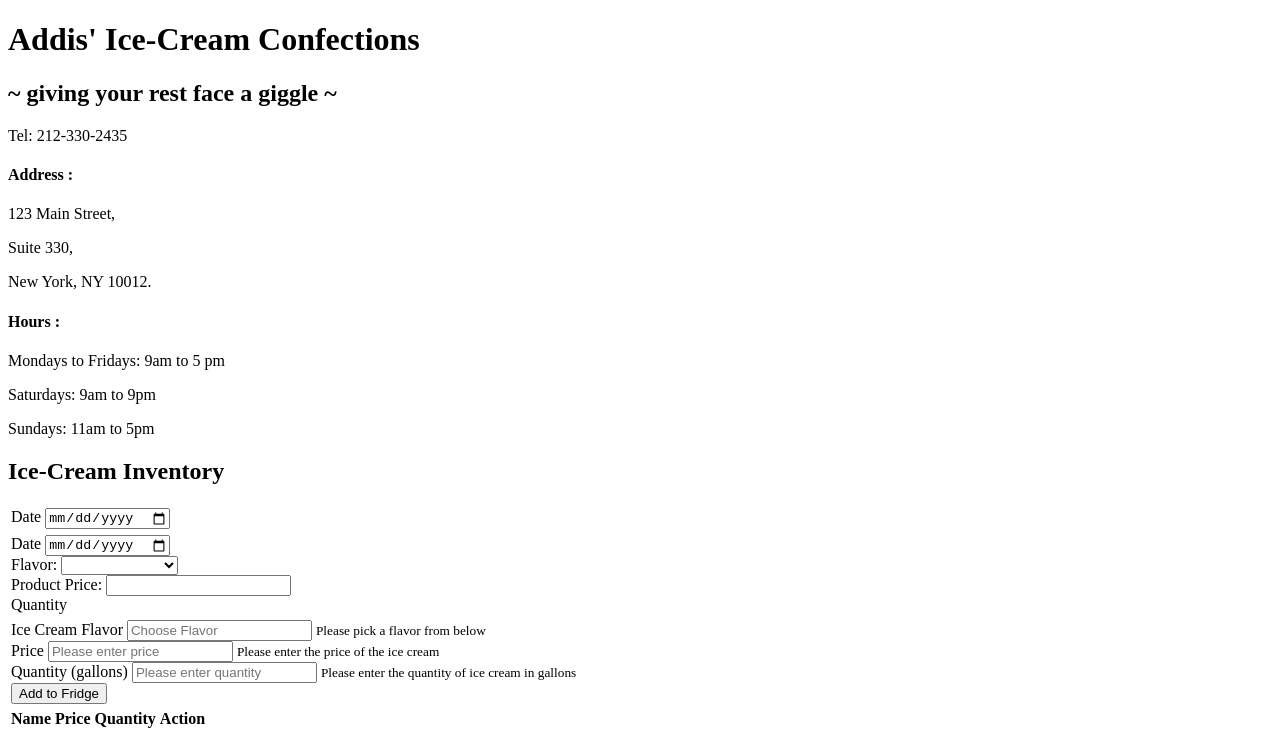
Repository: addisjackson/inventory-web-application
Page: index.html
An editor plug-in stored every save of this project. The page is shown before and after a run of saves, followed by the edit.
The browser window is 1280 px wide. The pictures show the whole page.

Above is the page before, as saved 2023-07-05 17:59:14.

### index.html
<!DOCTYPE html>
<html lang="en">
<head>
    <meta charset="UTF-8">
    <meta name="viewport" content="width=, initial-scale=1.0">
    <meta http-equiv="X-UA-Compatible" content="ie=edge">
    <title>Inventory Web Application</title>
    <link rel="stylesheet" href="style.css">
    <script>
        function toggleNewFlavorInput() {
            const flavorSelect = document.getElementById("flavor");
            const newFlavorInput = document.getElementById("newFlavorInput");
            if (flavorSelect.value === "newFlavor") {
                newFlavorInput.style.display = "block";
            } else {
                newFlavorInput.style.display = "none";
            }
        }
    </script>
</head>
    <body>
    <div class="storename">
        <div class="header">
            <h1>Addis' Ice-Cream Confections</h1>
        </div>
    </div>
        <div class="slogon">
            <h2>~ giving your rest face a giggle ~</h2>
        </div>
        <div class="tel">
            <p>Tel: 212-330-2435</p>
        </div>
        <div class="addresshours">
            <div class="address">
                <h4>Address :</h4>
                <p>123 Main Street,</p>
                <p>Suite 330,</p>
                <p>New York, NY 10012.</p>
            </div>
        <div class="addresshours">
            <div class="hours">
                <h4>Hours :</h4>
                <p>Mondays to Fridays: 9am to 5 pm</p>
                <p>Saturdays: 9am to 9pm</p>
                <p>Sundays: 11am to 5pm</p>
            </div>
        </div>
        <div class="title">
            <h2>Ice-Cream Inventory</h2>
        </div>
            </div>
        <table>
            <tr>
                <td>
                    <form autocomplete="off" onsubmit="onFormSubmit()">
                        <div class="datename">
                            <label for="date">Date</label>
                            <input type="date" name="date" id="date">
                        </div>
                        <div class="datename">

                        </div>
                    </form>
                </td>
            </tr>
        </table>
        <table>
            <tr>
                <td>
                    <form autocomplete="off" onsubmit="onFormSubmit()">
                        <div class="datename">
                            <label for="date">Date</label>
                            <input type="date" name="date" id="date">
                        </div>
                        <div class="datename">
                            <label for="flavor">Flavor:</label>
                            <select id="flavor" onchange="toggleNewFlavorInput()">
                                <option value="Vanilla"></option>
                                <option value="Chocolate"></option>
                                <option value="Strawberry"></option>
                                <option value="Cookies and Cream"></option>
                                <option value="Cookie Dough"></option>
                                <option value="Butter Pecan"></option>
                                <option value="Birthday Cake"></option>
                                <option value="Rocky Road"></option>
                                <option value="Coffee"></option>
                                <option value="Pistachio"></option>
                                <option value="Chocolate Chip"></option>
                                <option value="Chocolate Chip Cookie Dough"></option>
                                <option value="Chocolate Peanut Butter"></option>
                                <option value="Chocolate Marshmallow"></option>
                                <option value="Chocolate Chip Mint"></option>
                                <option value="Chocolate Fudge Brownie"></option>
                                <option value="newFlavor">Flavor not listed</option>
                            </select>
                            <input type="text" id="newFlavorInput" name="newFlavor" style="display: none;">
                        </div>
                        <div>
                            <label for="productPrice">Product Price:</label>
                            <input type="number" name:"productPrice" id="productPrice">
                        </div>
                        <div>
                            <label for="quantityPurchased">Quantity </label>
                        </div>
                    </form>
                </td>
            </tr>
        </table>
            <div class="form">
                <form name="inventory" id="form">
                    <table>
                        <tr>
                            <td>
                                <div class="form-control">
                                    <label for="iceCreamNames">Ice Cream Flavor</label>
                                    <input list="ice-cream-flavors" id="iceCreamNames" name="iceCreamNames"
                  placeholder="Choose Flavor" onchange="if (this.value=='10000'){userselect.
                  style.visibility='visible'}else {userselect.style.visibility='hidden'};">
                                    <small>Please pick a flavor from below</small>
                                    <datalist id="ice-cream-flavors">
                                    </datalist>
                                    <input type="textbox" name="10000" id="input" style="visibility:hidden;">
                                </div>
                                <div class="form-control">
                                    <label for="price">Price</label>
                                    <input type="number" id="price" name="price" placeholder="Please enter price" required>
                                    <small>Please enter the price of the ice cream</small>
                                </div>
                                <div class="form-control">
                                    <label for="quantity">Quantity (gallons)</label>
                                    <input type="number" id="quantity" name="quantity" placeholder="Please enter quantity" required>
                                    <small>Please enter the quantity of ice cream in gallons</small>
                                </div>
                                <button type="submit">Add to Fridge</button>
                             </form>
                            </td>
                        </tr>
                    </table>

            </div>
            <div class="table">
                <table id="table">
                    <thead>
                        <tr>
                            <th>Name</th>
                            <th>Price</th>
                            <th>Quantity</th>
                            <th>Action</th>
                        </tr>
                    </thead>
                    <tbody id="tbody">
                    </tbody>
                </table>
            </div>
        </div>
    </div>

Loaded but not shown: style.css (no copy from this time; the picture is the same without it)

After the next 5 saves:
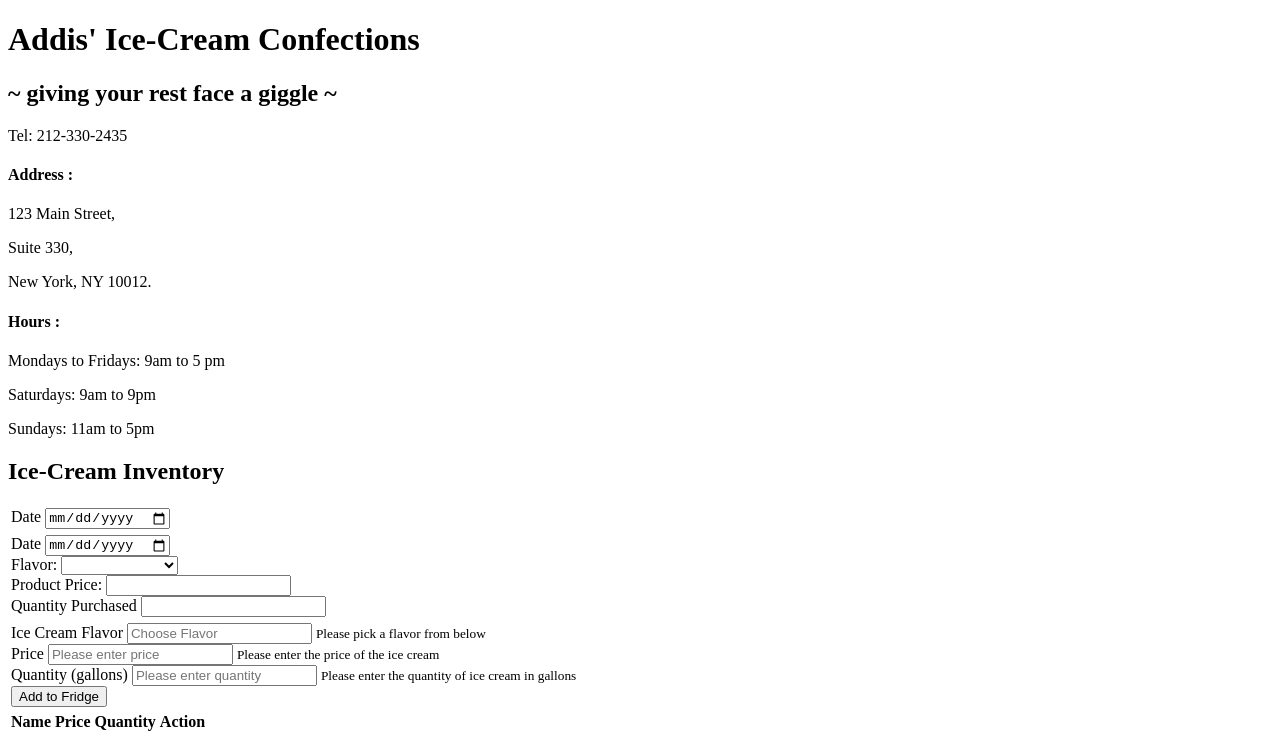
The 5 saves are shown as one change because they came seconds apart.
The last was saved 12 s later.
--- a/index.html
+++ b/index.html
@@ -100,7 +100,8 @@
                             <input type="number" name:"productPrice" id="productPrice">
                         </div>
                         <div>
-                            <label for="quantityPurchased">Quantity </label>
+                            <label for="quantityPurchased">Quantity Purchased</label>
+                            <input
                         </div>
                     </form>
                 </td>
